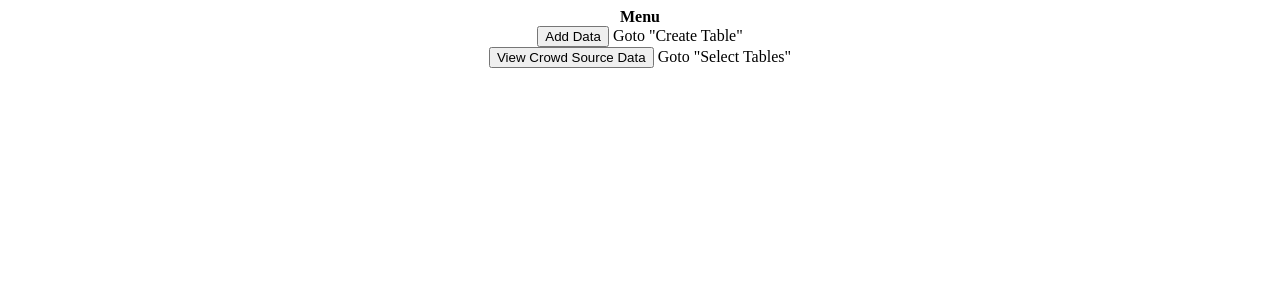
Repository: kemiporto/cmpe272-group12
Page: http://localhost/ESPAWSProject/
The author's editor kept a copy of each file at every save. The page is drawn from the files as they stood at one save, then again after the next save.
The browser window is 1280 px wide. The pictures show the whole page.
The page is served by Tomcat 9. Other server files are loaded and not shown.

Above is the page before, as saved 2014-04-18 05:17:36.

### AWS/ESPAWSProject/WebContent/index.jsp
<html>
<head>
    <title>Homepage</title>
  </head>

<body>
	<div>
		<div style="font-weight:bold;text-align:center">Menu</div>
		<!--<div><hr/></div>-->
		<!--<div><a href="http://www.google.com">goto google</a></div>-->
		<div style="text-align:center"><input type="button" value="Add Data"/>
		 Goto "Create Table"
		</div>
		<div style="text-align:center"><input type="button" value="View Crowd Source Data"/>
		Goto "Select Tables"
		</div>
	</div>
</body>
</html>

After the next save:
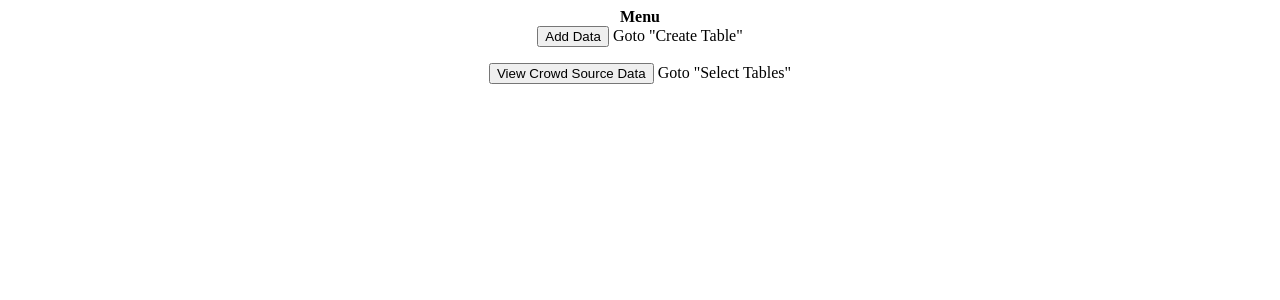
Saved 88 s later.
--- a/AWS/ESPAWSProject/WebContent/index.jsp
+++ b/AWS/ESPAWSProject/WebContent/index.jsp
@@ -8,8 +8,12 @@
 		<div style="font-weight:bold;text-align:center">Menu</div>
 		<!--<div><hr/></div>-->
 		<!--<div><a href="http://www.google.com">goto google</a></div>-->
-		<div style="text-align:center"><input type="button" value="Add Data"/>
+		<div style="text-align:center">
+		<form action="createTable.jsp">
+		<input type="button" value="Add Data"/>
+
 		 Goto "Create Table"
+		 </form>
 		</div>
 		<div style="text-align:center"><input type="button" value="View Crowd Source Data"/>
 		Goto "Select Tables"
